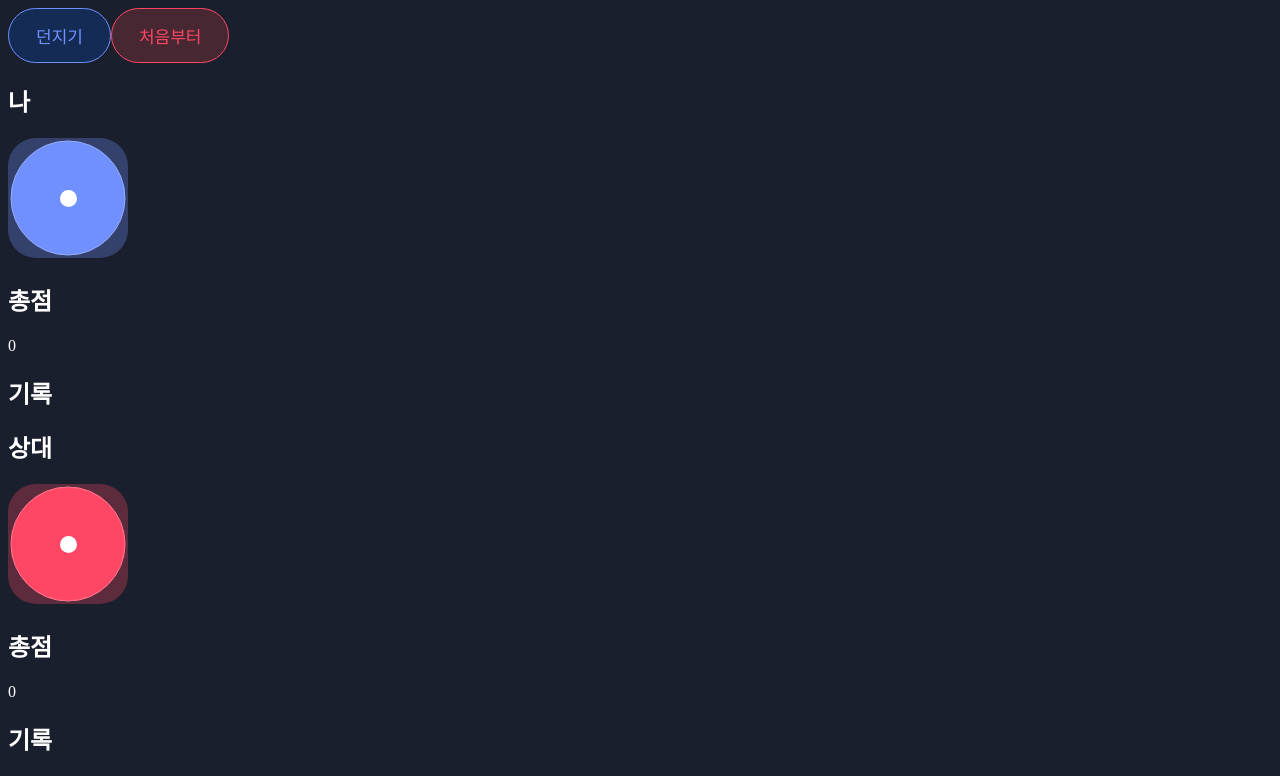
Repository: songjiwon17/React_study
Page: /
These files come from the project's save history. The page is drawn as it stood at one moment and after the next save; the edit follows.
The browser window is 1280 px wide. The pictures show the whole page.
The project was rebuilt for these pictures with package versions that can differ from the ones it lists, and the page was loaded fresh each time.

Above is the page before, as saved 2023-09-17 13:44:43.

### public/index.html
<!DOCTYPE html>
<html lang="ko">
  <head>
    <meta charset="utf-8" />
    <title>주사위게임</title>
  </head>
  <body>
    <div id="root"></div>
  </body>
</html>

### src/index.js
import ReactDOM from 'react-dom/client';
import Dice from './Dice';
import App from './App';
import './index.css';

const root = ReactDOM.createRoot(document.getElementById('root'));
root.render(
    <App></App>
);

### src/Dice.js
import diceBlue01 from "./assets/dice-blue-1.svg";
import diceBlue02 from "./assets/dice-blue-2.svg";
import diceBlue03 from "./assets/dice-blue-3.svg";
import diceBlue04 from "./assets/dice-blue-4.svg";
import diceBlue05 from "./assets/dice-blue-5.svg";
import diceBlue06 from "./assets/dice-blue-6.svg";
import diceRed01 from "./assets/dice-red-1.svg";
import diceRed02 from "./assets/dice-red-2.svg";
import diceRed03 from "./assets/dice-red-3.svg";
import diceRed04 from "./assets/dice-red-4.svg";
import diceRed05 from "./assets/dice-red-5.svg";
import diceRed06 from "./assets/dice-red-6.svg";

const DICE_IMAGES = {
    blue: [diceBlue01, diceBlue02, diceBlue03, diceBlue04, diceBlue05, diceBlue06],
    red: [diceRed01, diceRed02, diceRed03, diceRed04, diceRed05, diceRed06]
};

function Dice({color = "blue" ,num = 1}){
    const src = DICE_IMAGES[color][num -1];
    const alt = `${color} ${num}`;
    return <img src={src} alt={alt}/>;
}
export default Dice;

### src/App.js
import { useState } from "react";
import Board from "./Board";
import Button from "./Button";
import './App.css';

function random(n){
    return Math.ceil(Math.random() * n);
}

function App(){
    const [myHistory, setMyHistory] = useState([]);
    const [otherHistory, setOtherHistory] = useState([]);

    const handleRollClick = ()=>{
        const nextMyNum = random(6);
        const nextOtherNum = random(6);
        setMyHistory([...myHistory, nextMyNum]);
        setOtherHistory([...otherHistory, nextOtherNum]);
    }
    const handleClearClick = () =>{
        setMyHistory([]);
        setOtherHistory([]);
    }

    return(
        <div className="App">
            <div>
                <Button color='blue' onClick={handleRollClick}>던지기</Button>
                <Button color='red' onClick={handleClearClick}>처음부터</Button>
            </div>
            <div>
                <Board name="나" color="blue" gameHistory={myHistory}/>
                <Board name="상대" color="red" gameHistory={otherHistory} />
            </div>
        </div>
    )
}
export default App;

### src/index.css
body{
    background-color: #191f2c;
    color: #fff;
}

### src/Board.js
import { useState } from "react";
import Button from "./Button";
import Dice from "./Dice";

function Board({name, color, gameHistory}){
    const num = gameHistory[gameHistory.length -1] || 1;
    const sum = gameHistory.reduce((a,b) => a+b,0);

    return(
        <div>
            <h2>{name}</h2>
            <Dice color={color} num = {num}/>
            <h2>총점</h2>
            <p>{sum}</p>
            <h2>기록</h2>
            <p>{gameHistory.join(', ')}</p>
        </div>
    )
}
export default Board;

### src/Button.js
import './Button.css';

function Button({children ,onClick, color = 'blue', className=''}){
    const classNames = `Button ${color} ${className}`; //클래스명을 추가할 때 빈 공백이 필요하다.
    return <button className={classNames} onClick={onClick}>{children}</button>
}
export default Button;

### src/Button.css
.Button{
    padding: 14px 27px;
    border-radius: 9999px;
    outline: none;
    cursor: pointer;
    font-size: 17px;
}

.Button.blue{
    background-color: rgba(0,89,255,0.2);
    border: solid 1px #7090ff;
    color: #7090ff;
}

.Button.red{
    background-color: rgba(255,78,78,0.2);
    border: solid 1px #ff4664;
    color: #ff4664;
}

### src/App.css
.App .App-button{
  margin: 6px;
}

After the next save:
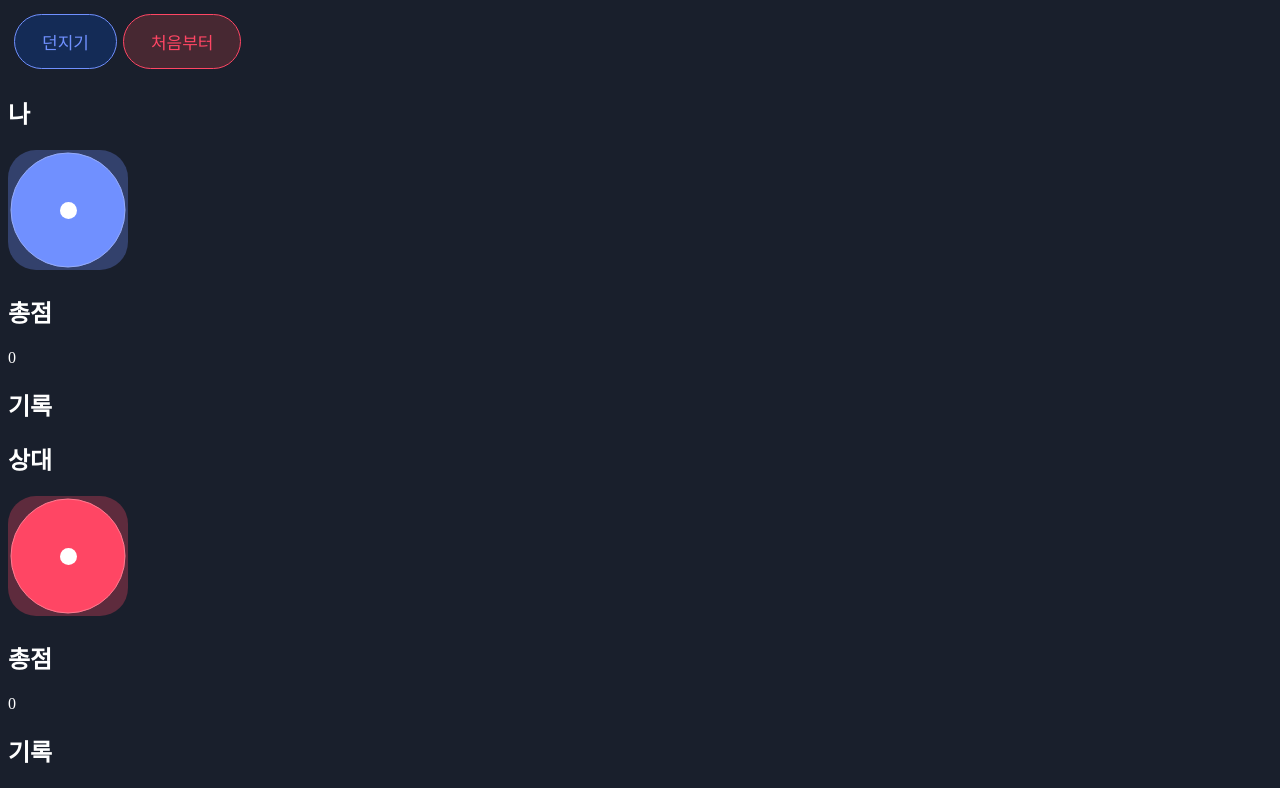
Saved 20 s later.
--- a/src/App.js
+++ b/src/App.js
@@ -25,7 +25,7 @@ function App(){
     return(
         <div className="App">
             <div>
-                <Button color='blue' onClick={handleRollClick}>던지기</Button>
+                <Button className="App-button" color='blue' onClick={handleRollClick}>던지기</Button>
                 <Button color='red' onClick={handleClearClick}>처음부터</Button>
             </div>
             <div>
